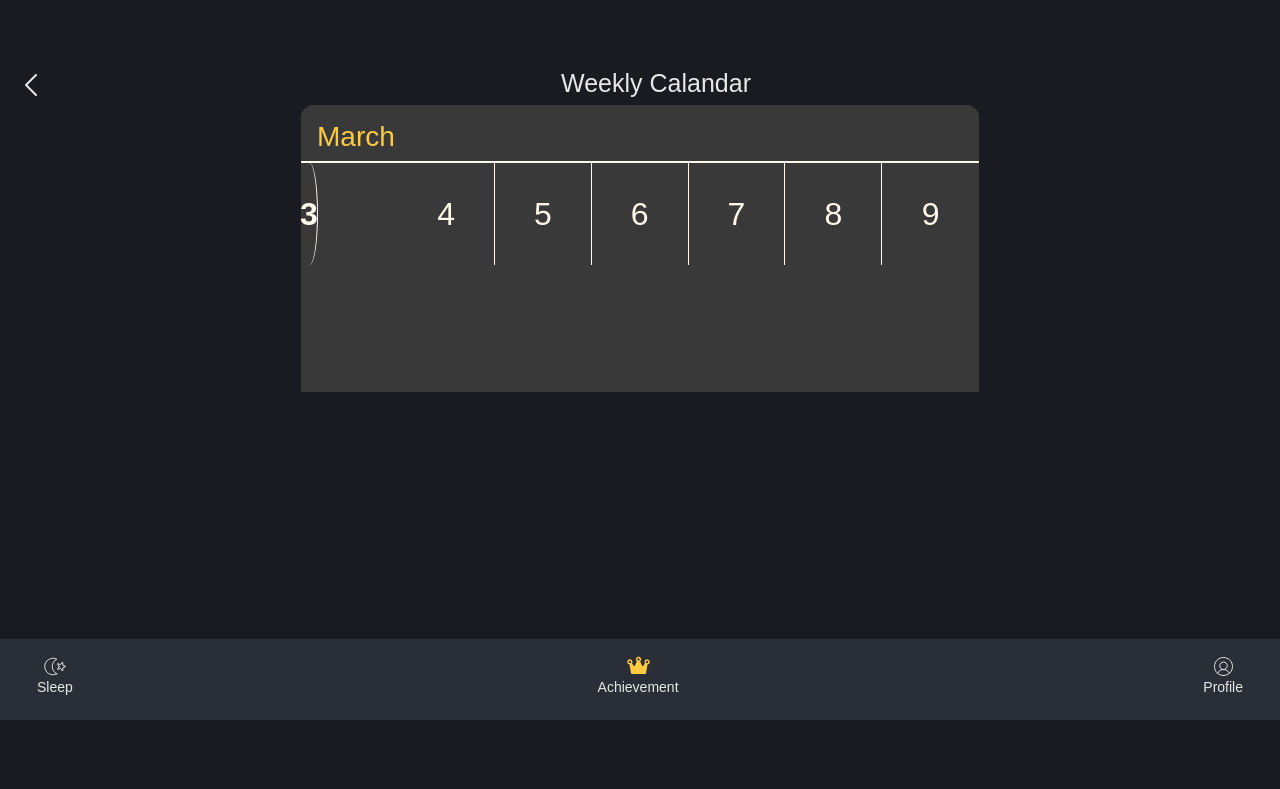
Repository: Crite-Spranberries/sleepixie_app
Page: /weeklyCalendarPage
The author's editor kept a copy of each file at every save. The page is drawn from the files as they stood at one save, then again after the next save.
The browser window is 1280 px wide. The pictures show the whole page.
Some web fonts or font styles are not loaded; a fallback is used. The project was rebuilt for these pictures with package versions that can differ from the ones it lists, and the page was loaded fresh each time. The framework's server and built-in components were replaced by stand-ins that run in the browser. Also part of the build but not shown: next.config.mjs.

Above is the page before, as saved 2025-05-12 15:47:22.

After the next save:
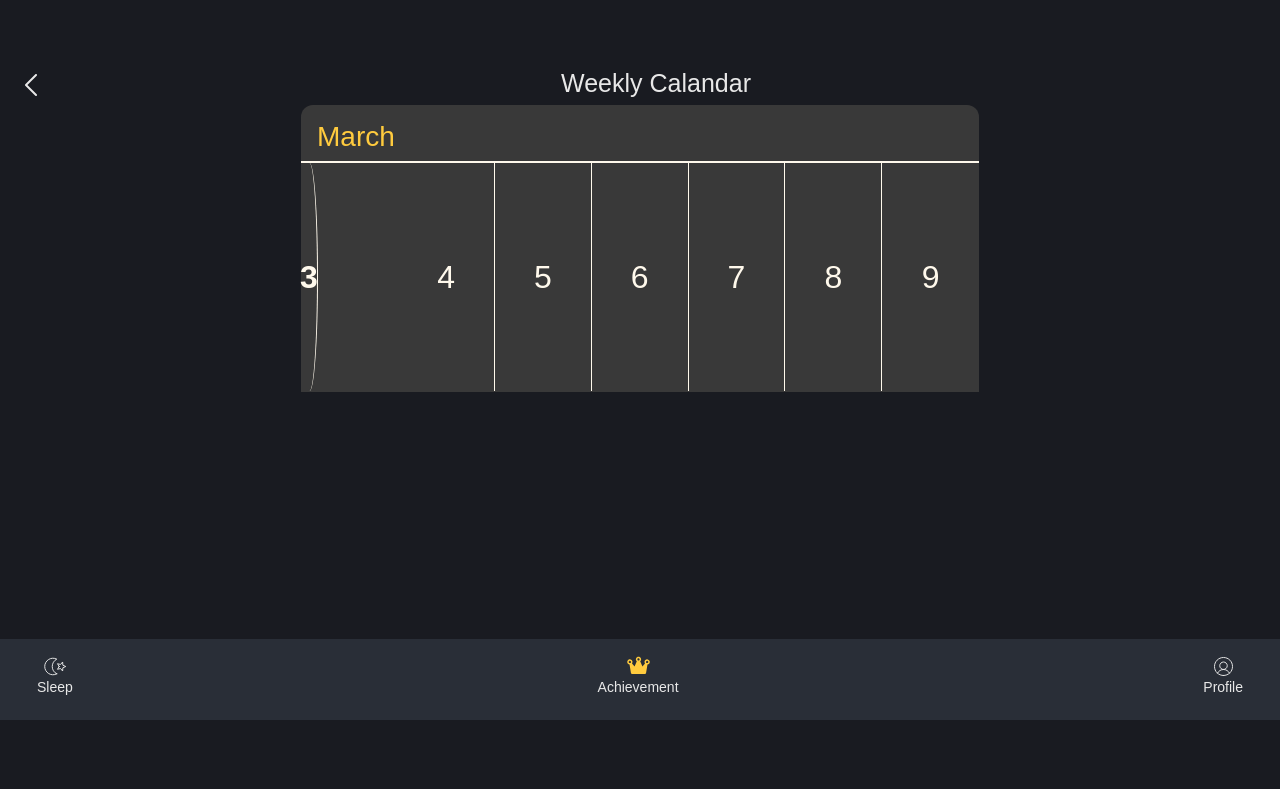
Saved 24 s later.
--- a/components/WeeklyCalendar.module.css
+++ b/components/WeeklyCalendar.module.css
@@ -25,7 +25,7 @@
 
 .calendarTable td {
   width: 14.28%; /* 100% / 7 days */
-  height: 100px;
+  height: 226px;
   text-align: center;
   vertical-align: middle;
   font-size: 32px;
